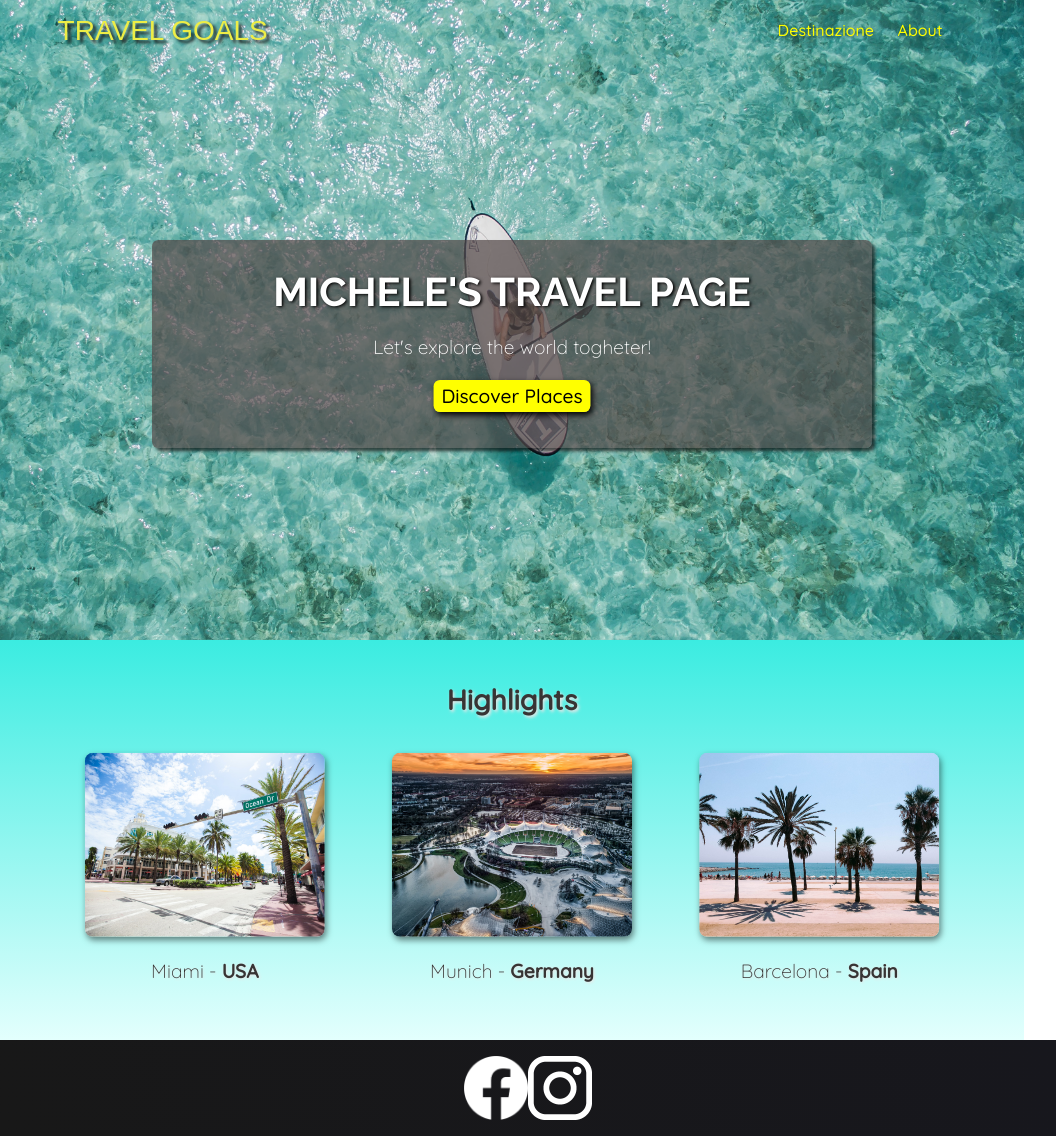
Repository: MicTomm/Travel-Goals
Page: index.html
These files come from the project's save history. The page is drawn as it stood at one moment and after the next save; the edit follows.
The browser window is 1280 px wide. The page is 1320 px wide, then 1330 px, so the pictures cover 1330 px, including what lies to the right of the window. The pictures show the whole page, at 80% of full size.
Some web fonts or font styles are not loaded; a fallback is used.

Above is the page before, as saved 2023-06-08 17:06:32.

### index.html
<!DOCTYPE html>
<html lang="it">

<head>
    <meta charset="UTF-8">
    <title>Travel Goals</title>
    <link rel="stylesheet"
        href="https://fonts.googleapis.com/css2?family=Raleway:wght@700&family=Oleo+Script:wght@700&family=Quicksand:wght@300;500&display=swap">
    <link href="styles/shared.css" rel="stylesheet">
    <link href="styles/main-page-style.css" rel="stylesheet">
</head>

<body>
    <header>
        <div id="logo">
            <a href="/index.html">Travel Goals</a>
        </div>
        <nav>
            <ul>
                <li><a href="/places.html">Destinazione</a></li>
                <li><a href="">About</a></li>
            </ul>
        </nav>
    </header>
    <main>
        <section id="hero-image-section">
            <div id="div-section1">
                <h1>Michele's Travel Page</h1>
                <p>Let's explore the world togheter!</p>
                <a href="/places.html">Discover Places</a>
            </div>
        </section>
        <section id="highlights">
            <h2>Highlights</h2>
            <ul id="destinations">
                <li>
                    <div class="destination">
                        <img src="images/places/miami.jpg" alt="Miami">
                        <p>Miami - <strong>USA</strong></p>
                    </div>
                </li>
                <li>
                    <div class="destination">
                        <img src="/images/places/munich.jpg" alt="Munich">
                        <p>Munich - <strong>Germany</strong></p>
                    </div>
                </li>
                <li>
                    <div class="destination">
                        <img src="/images/places/barcelona.jpg" alt="Barcelona">
                        <p>Barcelona - <strong>Spain</strong></p>
                    </div>
                </li>
            </ul>
        </section>
    </main>
    <footer>
        <ul>
            <li>
                <a href="www.facebook.com">
                    <img src="/images/icons/facebook.png" alt="facebook-icon">
                </a>
            </li>
            <li>
                <a href="www.instagram.com">
                    <img src="/images/icons/insta.png" alt="instagram-icon">
                </a>
            </li>
    </footer>
</body>

</html>

### styles/shared.css
body {
    margin: 0px;
    font-family: 'Quicksand', sans-serif;
}

ul {
    list-style: none;
    padding: 0px;
    margin: 0px;
}

header {
    display: flex;
    justify-content: space-between;
    align-items: center;
    padding: 15px 60px;
    position: absolute;
    width: 100%;
    top: 0;
    left: 0;
    box-sizing: border-box;
}

header ul {
    margin: 10px;
    display: flex;
    justify-content: space-between;
    width: 250px;
}

header li {
    width: 100px;
}

header a {
    color: yellow;
    text-decoration: none;
    font-size: 20px;
    padding: 12px;
    text-shadow: 1px 1px 4px rgba(0, 0, 0, 0.5);
}

header a:hover {
    background-color: yellow;
    box-shadow: 2px 2px 4px rgba(0, 0, 0, 0.5);
    color: rgb(67, 60, 60);
    text-shadow: 1px 1px 2px rgb(0, 0, 0, 0.5);
    border-radius: 8px;
}

footer{
    background: linear-gradient(70deg, rgb(24, 24, 24), rgb(23, 23, 29));
    width: 100%;
    padding: 20px;
}

footer ul{
    display: flex;
    justify-content: center;
}

footer li{
    width: 80px;
    height: 80px;
}

footer img{
    width: 100%;
    height: 100%;
}

#logo a {
    font-family: 'Oleo script', sans-serif;
    font-size: 35px;
    text-decoration: none;
    color: rgb(237, 237, 70);
    text-shadow: 4px 4px 4px rgb(31, 29, 29);
    text-transform: uppercase;
}

#logo a:hover {
    background-color: transparent;

}

### styles/main-page-style.css
#hero-image-section {
    text-align: center;
    background-image: url("/images/places/ocean.jpg");
    background-position: center;
    background-size: cover;
    height: 800px;
    /* padding-top: 100px; (alternativa per spostare div-section1 più in basso)*/
}

#div-section1 {
    background-color: rgba(82, 70, 70, 0.7);
    box-shadow: 4px 4px 4px rgba(18, 18, 18, 0.7);
    width: 900px;
    margin: 0px auto;
    padding: 35px 0 50px 0;
    border-radius: 8px;
    position: relative;
    top: 300px;
}

#div-section1 h1 {
    font-size: 50px;
    color: white;
    font-family: 'Raleway', sans-serif;
    text-shadow: 2px 2px 4px black;
    text-transform: uppercase;
    margin: 0px;
}

#div-section1 p {
    color: white;
    font-size: 24px;
    font-weight: 300;
    margin-bottom: 32px;
}

#div-section1 a{
 font-size: 24px;
 text-decoration: none;
 color: black;
 border-radius: 8px;
 background-color: yellow;
 padding: 5px 10px;
 box-shadow: 3px 4px 8px black;
}

#div-section1 a:hover{
    background-color: greenyellow;
    text-shadow: 1px 1px 2px rgba(0, 0, 0, 0.5);
}

#highlights{
    text-align: center;
    background: linear-gradient(0deg, rgb(227, 255, 253), rgb(59, 236, 225));
    padding: 24px  0px;
}

#highlights ul{
    display: flex;
    width: 90%;
    margin: auto;
    padding: 15px;
    margin-bottom: 40px;
    justify-content: space-around;

}

#highlights li{
    margin: 0px 20px 50px 20px;
}

#highlights img{

    height: 100%;
    width: 100%;
    box-shadow: 2px 4px 8px rgb(0, 0, 0, 0.5);
    border-radius: 10px;
    object-fit: cover;
}

#highlights h2{
    font-size: 35px;
    text-shadow: 2px 2px 4px rgb(235, 229, 229);
    color: rgb(56, 52, 52);
}

#highlights p{
    color: rgb(56, 52, 52);
    text-shadow: 1px 1px 4px rgb(235, 229, 229);
    font-size: 24px;
    font-weight: 300;
}

.destination{
    width: 300px;
    height: 230px;
}

After the next save:
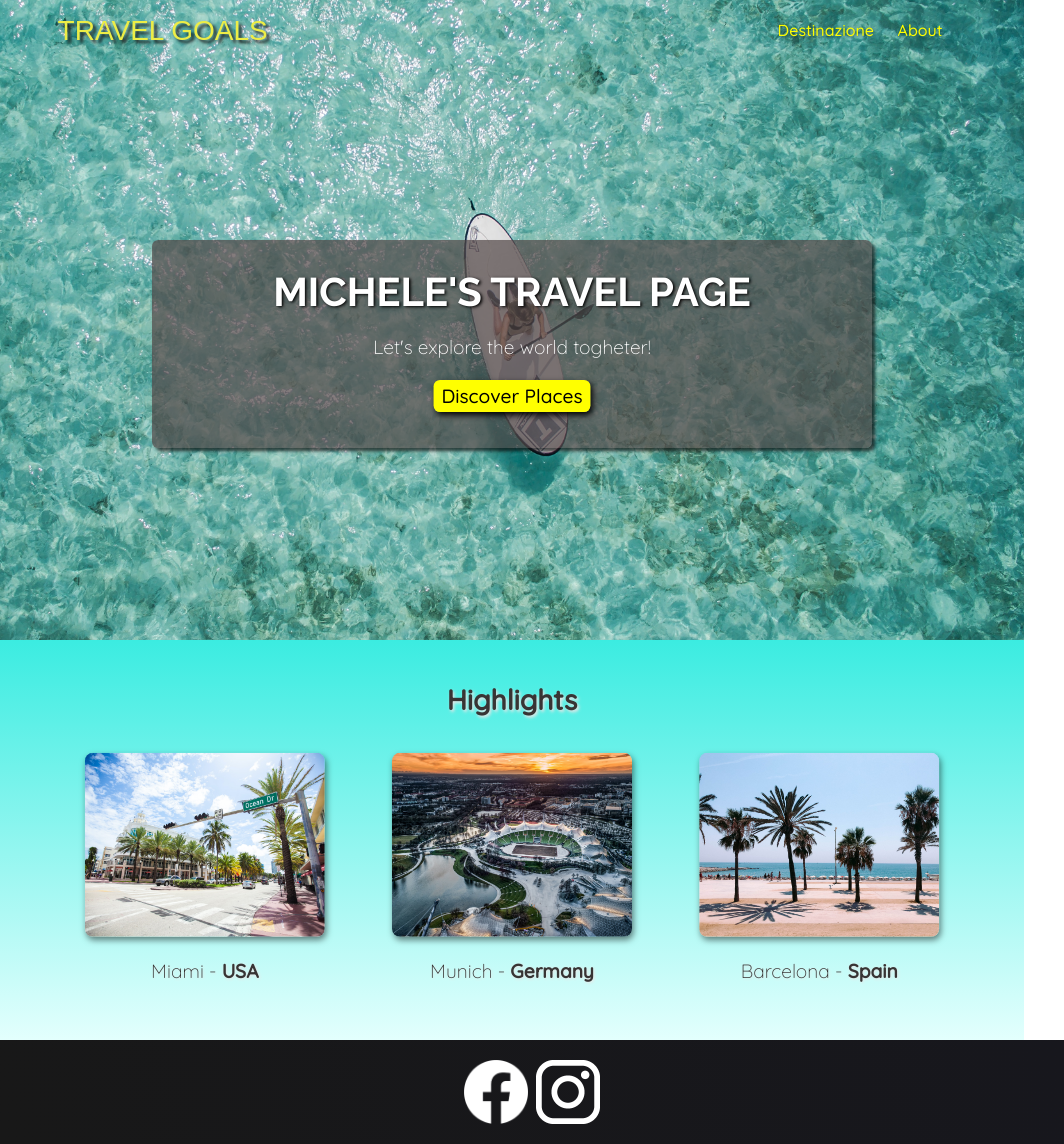
Saved 31 s later.
--- a/styles/shared.css
+++ b/styles/shared.css
@@ -51,7 +51,7 @@ header a:hover {
 footer{
     background: linear-gradient(70deg, rgb(24, 24, 24), rgb(23, 23, 29));
     width: 100%;
-    padding: 20px;
+    padding: 25px;
 }
 
 footer ul{
@@ -62,6 +62,7 @@ footer ul{
 footer li{
     width: 80px;
     height: 80px;
+    margin: 0px 5px;
 }
 
 footer img{
